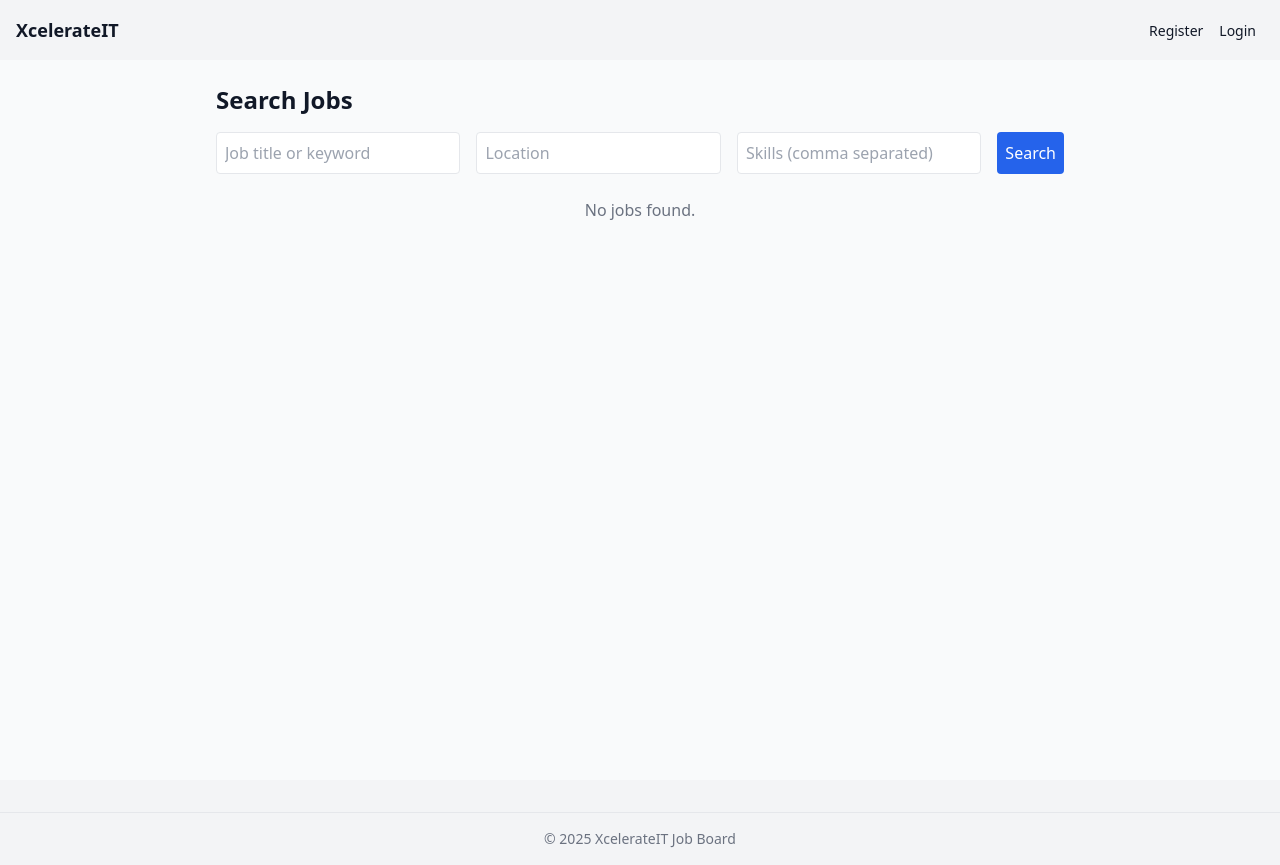
Repository: mujahid341/Job-board-application-frontend
Page: /jobs
The author's editor kept a copy of each file at every save. The page is drawn from the files as they stood at one save, then again after the next save.
The browser window is 1280 px wide. The pictures show the whole page.
The page's requests for data from a server got no answer. The project was rebuilt for these pictures with package versions that can differ from the ones it lists, and the page was loaded fresh each time. No one was signed in, and anything a server would have sent is missing. Also part of the build but not shown: vite.config.js, src/components/NotFound/NotFound.css, src/components/NotFound/NotFound.jsx, src/pages/HomePage/HomePage.jsx, src/pages/RegisterPage/RegisterPage.jsx, src/pages/LoginPage/LoginPage.jsx, src/pages/EmployerDashboard/EmployerDashboard.css, src/pages/EmployerDashboard/EmployerDashboard.jsx and 5 more. Imported but missing from the stored project, and not drawn on this page: src/context/AuthProvider.

Above is the page before, as saved 2025-05-26 00:59:22.

After the next save:
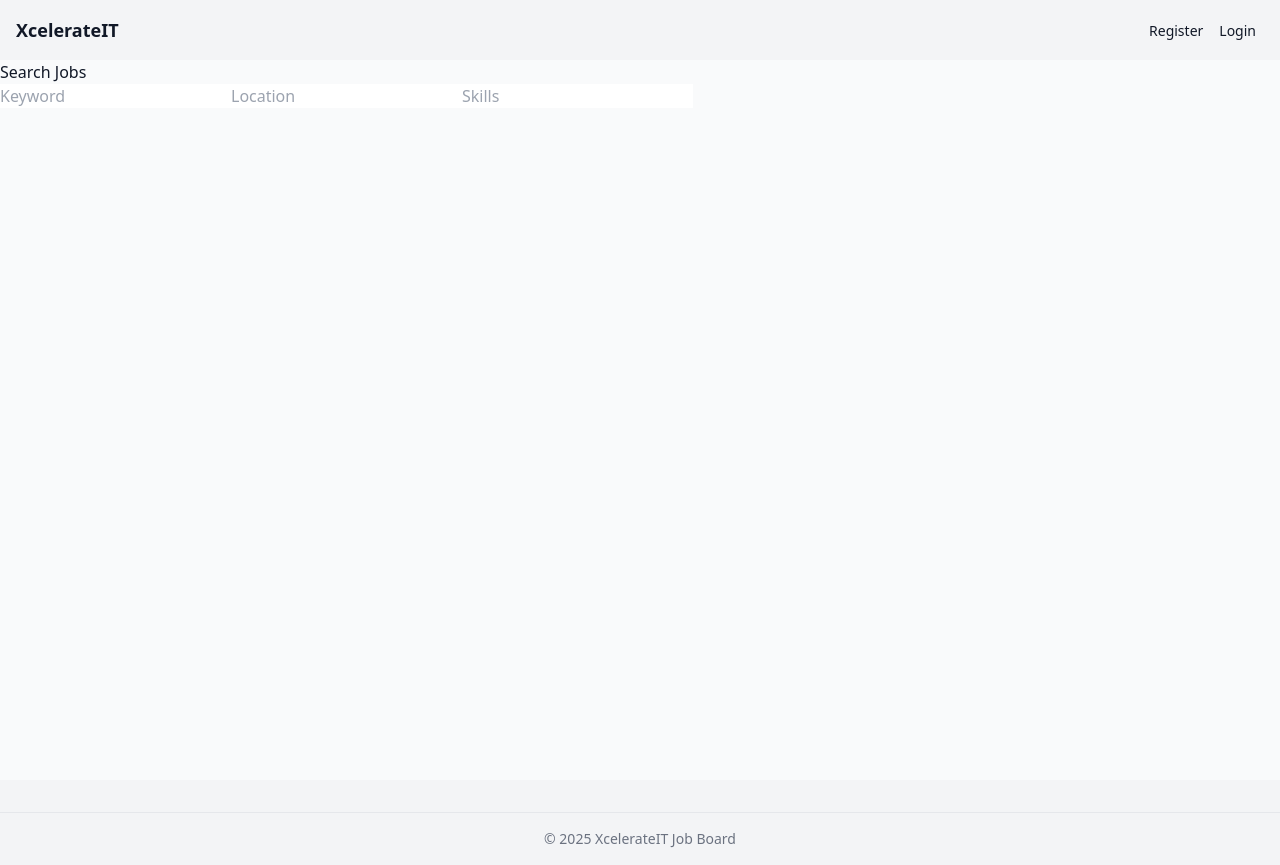
Saved 36 s later.
--- a/src/pages/JobSearchPage/JobSearchPage.jsx
+++ b/src/pages/JobSearchPage/JobSearchPage.jsx
@@ -1,86 +1,42 @@
+import { useEffect, useState } from 'react';
+import { searchJobs } from '../../services/jobApi';
 import { Link } from 'react-router-dom';
-import { useState, useEffect } from 'react';
-import { searchJobs } from '../../services/jobApi';
-import './JobSearchPage.css';
 
 export default function JobSearchPage() {
-  const [title, setTitle] = useState('');
-  const [location, setLocation] = useState('');
-  const [skills, setSkills] = useState('');
+  const [query, setQuery] = useState({ search: '', location: '', skills: '' });
   const [jobs, setJobs] = useState([]);
 
   const fetchJobs = async () => {
     try {
-      const res = await searchJobs({
-        keyword: title || null,
-        location: location || null,
-        skills: skills || null
-      });
-      setJobs(res.data.content);
+      const res = await searchJobs(query);
+      setJobs(res.data.content || []);
     } catch (err) {
       console.error('Failed to fetch jobs:', err);
-      setJobs([]);
     }
   };
 
-  const handleSearch = (e) => {
-    e.preventDefault();
+  useEffect(() => {
     fetchJobs();
+  }, [query]);
+
+  const handleInputChange = (e) => {
+    setQuery({ ...query, [e.target.name]: e.target.value });
   };
 
-  useEffect(() => {
-    fetchJobs(); // load all jobs initially
-  }, []);
-
   return (
-    <div className="job-search-container">
-      <h1 className="job-search-title">Search Jobs</h1>
-
-      <form onSubmit={handleSearch} className="job-search-form">
-        <input
-          className="job-search-input"
-          placeholder="Job title or keyword"
-          value={title}
-          onChange={(e) => setTitle(e.target.value)}
-        />
-        <input
-          className="job-search-input"
-          placeholder="Location"
-          value={location}
-          onChange={(e) => setLocation(e.target.value)}
-        />
-        <input
-          className="job-search-input"
-          placeholder="Skills (comma separated)"
-          value={skills}
-          onChange={(e) => setSkills(e.target.value)}
-        />
-        <button type="submit" className="job-search-button">
-          Search
-        </button>
-      </form>
-
-      <div className="job-list">
-        {jobs.length === 0 ? (
-          <p className="no-jobs-message">No jobs found.</p>
-        ) : (
-          jobs.map((job) => (
-            <div key={job.id} className="job-card">
-              <div className="job-card-content">
-                <h3 className="job-card-title">{job.title}</h3>
-                <p className="job-card-info">Location: {job.location}</p>
-                <p className="job-card-info">Skills: {job.skill || job.skills}</p>
-                <p className="job-card-description">
-                  {job.description ? job.description.slice(0, 120) + '...' : ''}
-                </p>
-              </div>
-              <Link to={`/jobs/${job.id}`} className="view-button">
-                View
-              </Link>
-            </div>
-          ))
-        )}
-      </div>
+    <div>
+      <h1>Search Jobs</h1>
+      <input name="search" placeholder="Keyword" onChange={handleInputChange} />
+      <input name="location" placeholder="Location" onChange={handleInputChange} />
+      <input name="skills" placeholder="Skills" onChange={handleInputChange} />
+      {jobs.map((job) => (
+        <div key={job.id}>
+          <h3>{job.title}</h3>
+          <p>{job.location}</p>
+          <p>{job.skills}</p>
+          <Link to={`/jobs/${job.id}`}>View Details</Link>
+        </div>
+      ))}
     </div>
   );
 }
